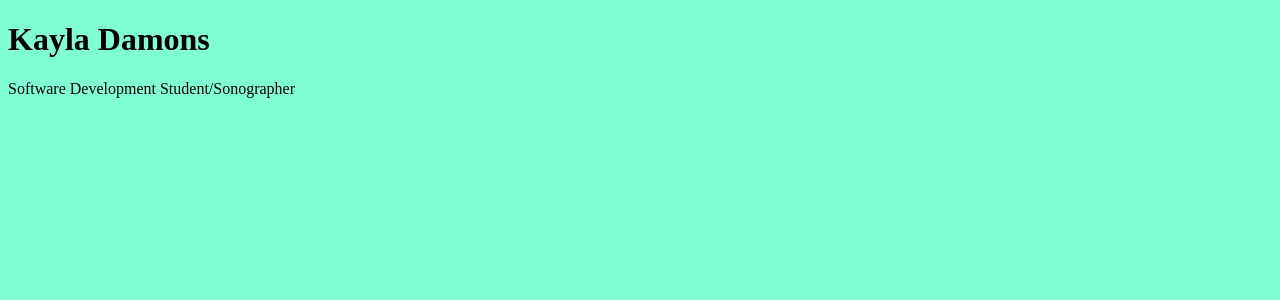
Repository: KaylaDamons/LABlinkinbio
Page: index.html
The author's editor kept a copy of each file at every save. The page is drawn from the files as they stood at one save, then again after the next save.
The browser window is 1280 px wide. The pictures show the whole page.

Above is the page before, as saved 2024-01-14 11:43:22.

After the next save:
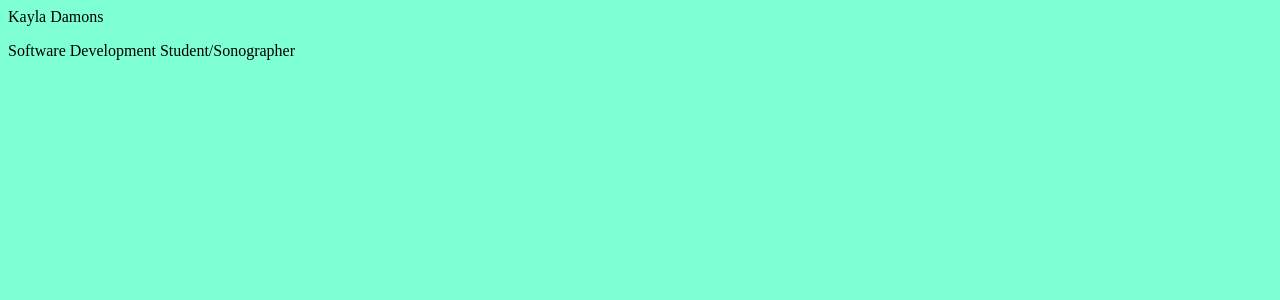
Saved 27 s later.
--- a/index.html
+++ b/index.html
@@ -8,7 +8,7 @@
 <script src="main.js"></script>
 
 <body>
-  <h1>Kayla Damons</h1>
+  <header>Kayla Damons</header>
   <p>Software Development Student/Sonographer</p>
 
 </body>
